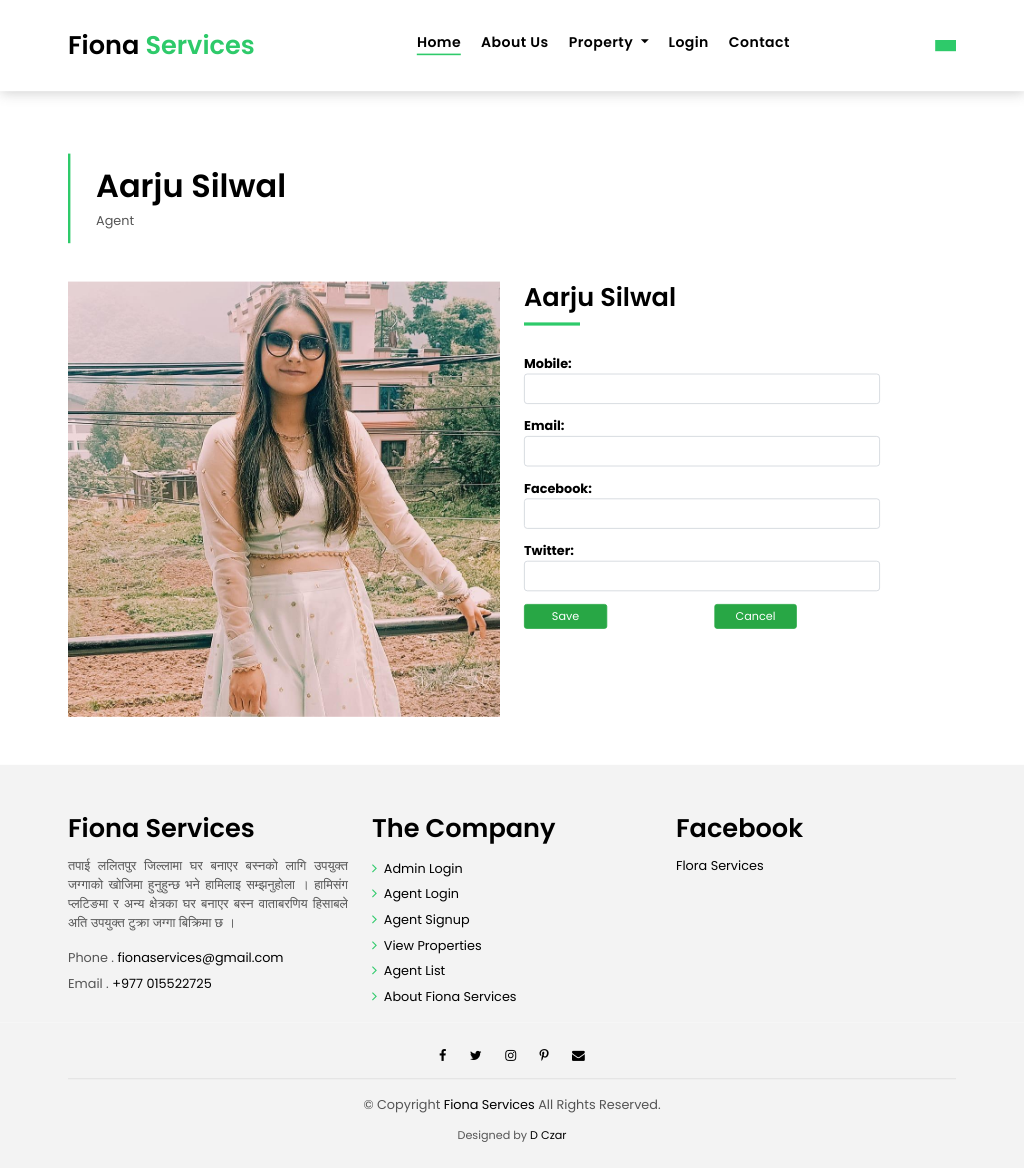
Repository: Sjuicyy/realstate
Page: profile.html
An editor plug-in stored every save of this project. The page is shown before and after a run of saves, followed by the edit.
The browser window is 1280 px wide. The pictures show the whole page, at 80% of full size.

Above is the page before, as saved 2022-10-16 15:03:53.

### profile.html
<!DOCTYPE html>
<html lang="en">

<head>
    <meta charset="utf-8">
    <title>Fiona Services</title>
    <meta content="width=device-width, initial-scale=1.0" name="viewport">
    <meta content="" name="keywords">
    <meta content="" name="description">

    <!-- Favicons -->
    <link href="img/favicon.png" rel="icon">
    <link href="img/apple-touch-icon.png" rel="apple-touch-icon">

    <!-- Google Fonts -->
    <link href="https://fonts.googleapis.com/css?family=Poppins:300,400,500,600,700" rel="stylesheet">

    <!-- Bootstrap CSS File -->
    <link href="lib/bootstrap/css/bootstrap.min.css" rel="stylesheet">

    <!-- Libraries CSS Files -->
    <link href="lib/font-awesome/css/font-awesome.min.css" rel="stylesheet">
    <link href="lib/animate/animate.min.css" rel="stylesheet">
    <link href="lib/ionicons/css/ionicons.min.css" rel="stylesheet">
    <link href="lib/owlcarousel/assets/owl.carousel.min.css" rel="stylesheet">

    <!-- Main Stylesheet File -->
    <link href="css/style.css" rel="stylesheet">

    <!-- =======================================================
    Theme Name: EstateAgency
    Theme URL: https://bootstrapmade.com/real-estate-agency-bootstrap-template/
    Author: BootstrapMade.com
    License: https://bootstrapmade.com/license/
  ======================================================= -->
</head>
<div id="fb-root"></div>
<script async defer crossorigin="anonymous" src="https://connect.facebook.net/en_US/sdk.js#xfbml=1&version=v14.0"
    nonce="0jwGYLXn"></script>

<body>
    <!-- / Form Search End /-->

    <!--/ Nav Star /-->
    <nav class="navbar navbar-default navbar-trans navbar-expand-lg fixed-top">
        <div class="container">
            <button class="navbar-toggler collapsed" type="button" data-toggle="collapse" data-target="#navbarDefault"
                aria-controls="navbarDefault" aria-expanded="false" aria-label="Toggle navigation">
            </button>
            <a class="navbar-brand text-brand" href="/index.php">Fiona<span class="color-b"> Services</span></a>
            <button type="button" class="btn btn-link nav-search navbar-toggle-box-collapse d-md-none"
                data-toggle="collapse" data-target="#navbarTogglerDemo01" aria-expanded="false" title="Agent Space">

            </button>
            <div class="navbar-collapse collapse justify-content-center" id="navbarDefault">
                <ul class="navbar-nav">
                    <li class="nav-item">
                        <a class="nav-link active" href="index.php">Home</a>
                    </li>
                    <li class="nav-item">
                        <a class="nav-link" href="about.php">About Us</a>
                    </li>
                    <li class="nav-item dropdown">
                        <a class="nav-link dropdown-toggle" href="#" id="navbarDropdown" role="button"
                            data-toggle="dropdown" aria-haspopup="true" aria-expanded="false">
                            Property
                        </a>
                        <div class="dropdown-menu" aria-labelledby="navbarDropdown">
                            <a class="dropdown-item" href="property-single.php">Property Single</a>
                            <a class="dropdown-item" href="property-grid.php">Property List</a>
                        </div>
                    </li>
                    <li class="nav-item">
                        <a class="nav-link" href="Login.php">Login</a>
                    </li>
                    <li class="nav-item">
                        <a class="nav-link" href="contact.php">Contact</a>
                    </li>
                </ul>
            </div>
            <button type="button" class="btn btn-b-n navbar-toggle-box-collapse d-none d-md-block"
                data-toggle="collapse" data-target="#navbarTogglerDemo01" aria-expanded="false" title="Agent Space">
            </button>
        </div>
    </nav>
    <!--/ Nav End /-->
    <!-- ======= Intro Single ======= -->
    <section class="intro-single">
        <div class="container">
            <div class="row">
                <div class="col-md-12 col-lg-8">
                    <div class="title-single-box">
                        <h1 class="title-single">Aarju Silwal</h1>
                        <span class="color-text-a">Agent </span>
                    </div>
                </div>

            </div>
        </div>
    </section><!-- End Intro Single -->

    <!-- ======= Agent Single ======= -->
    <!-- <section class="agent-single">
        <div class="container">
            <div class="row">
                <div class="col-sm-12">
                    <div class="row">
                        <div class="col-md-6">
                            <div class="agent-avatar-box">
                                <img src="./img/aarju miss.jpg" alt="" class="agent-avatar img-fluid">
                            </div>
                        </div>
                        <div class="col-md-5 section-md-t3">
                            <div class="agent-info-box">
                                <div class="agent-title">
                                    <div class="title-box-d">
                                        <h3 class="title-d">Aarju Silwal
                                        </h3>
                                    </div>
                                </div>
                                <div class="agent-content mb-3">
                                    <p class="content-d color-text-a">
                                        Lorem ipsum dolor sit amet consectetur adipisicing elit. Labore error
                                        nulla quaerat aliquid, laboriosam aliquam ducimus veritatis eveniet quos
                                        ab modi provident, sed dolor voluptatem tempore est odio impedit eaque!
                                    </p>
                                    <div class="info-agents color-a">
                                        <strong>Mobile: </strong>
                                        <span class="color-text-a"> +977-9867867202 </span>
                                        </p>
                                        <p>
                                            <strong>Email: </strong>
                                            <span class="color-text-a"> aarzusilwal@gmail.com</span>
                                        </p>
                                        <p>
                                            <strong>Facebook: </strong>
                                            <span class="color-text-a"> Margaret.Es</span>
                                        </p>
                                        <p>
                                            <strong>Twitter: </strong>
                                            <span class="color-text-a"> agents@example.com</span>
                                        </p>
                                    </div>
                                </div>
                                <div class="col-md-12">

                                    <div class="socials-a">
                                        <ul class="list-inline">
                                            <li class="list-inline-item">
                                                <a href="#">
                                                    <i class="fa fa-envelope" aria-hidden="true"></i>
                                                </a>
                                            </li>
                                            <li class="list-inline-item">
                                                <a href="#">
                                                    <i class="fa fa-facebook" aria-hidden="true"></i>
                                                </a>
                                            </li>
                                            <li class="list-inline-item">
                                                <a href="#">
                                                    <i class="fa fa-twitter" aria-hidden="true"></i>
                                                </a>
                                            </li>
                                            <li class="list-inline-item">
                                                <a href="#">
                                                    <i class="fa fa-linkedin" aria-hidden="true"></i>
                                                </a>
                                            </li>
                                            <li class="list-inline-item">
                                                <a href="#">
                                                    <i class="fa fa-instagram" aria-hidden="true"></i>
                                                </a>
                                            </li>
                                        </ul>
                                    </div>
                                </div>
                                <div class="col-md-12">
                                    <a href="./Add-Property.html">
                                        <div class="btn btn-sm btn-success w-50">Edit</div>
                                    </a>
                                </div>
                            </div>
                        </div>
                    </div>
                </div>

            </div>

        </div>

    </section> -->

    <!---  ===== End Agent Single ======== -->




    <!-- =======Editable Agent Section start ======== -->
    <section class="agent-single">
        <div class="container">
            <div class="row">
                <div class="col-sm-12">
                    <div class="row">
                        <div class="col-md-6">
                            <div class="agent-avatar-box">
                                <img src="./img/aarju miss.jpg" alt="" class="agent-avatar img-fluid">
                            </div>
                        </div>
                        <div class="col-md-5 section-md-t3">
                            <div class="agent-info-box">
                                <div class="agent-title">
                                    <div class="title-box-d">
                                        <h3 class="title-d">Aarju Silwal
                                        </h3>
                                    </div>
                                </div>
                                <div class="agent-content mb-3">

                                    <div class="info-agents color-a">
                                        <p>
                                            <strong>Mobile: </strong>
                                            <input class="form form-control" type="text">
                                        </p>
                                        <p>
                                            <strong>Email: </strong>
                                            <input class=" form form-control" type="text">
                                        </p>
                                        <p>
                                            <strong>Facebook: </strong>
                                            <input class=" form form-control" type="text">
                                        </p>
                                        <p>
                                            <strong>Twitter: </strong>
                                            <input class=" form form-control" type="text">
                                        </p>
                                    </div>
                                </div>
                                <div class="row">
                                    <div class="col-md-6">
                                        <a href="./Add-Property.html">
                                            <div class="btn btn-sm btn-success w-50">Save</div>
                                        </a>
                                    </div>
                                    <div class="col-md-6">
                                        <a href="./Add-Property.html">
                                            <div class="btn btn-sm btn-success w-50">Cancel</div>
                                        </a>
                                    </div>
                                </div>
                            </div>
                        </div>
                    </div>
                </div>

            </div>

        </div>

    </section>
    <!-- =======Editable Agent Section end ======== -->

    <!--/ footer 1 Star /-->
    <section class="section-footer">
        <div class="container">
            <div class="row">
                <div class="col-sm-12 col-md-4">
                    <div class="widget-a">
                        <div class="w-header-a">
                            <h3 class="w-title-a text-brand">Fiona Services</h3>
                        </div>
                        <div class="w-body-a">
                            <p class="w-text-a color-text-a" align="justify">
                                तपाई ललितपुर जिल्लामा घर बनाएर बस्नको लागि उपयुक्त जग्गाको खोजिमा
                                हुनुहुन्छ भने
                                हामिलाइ सम्झनुहोला ।
                                हामिसंग प्लटिङमा र अन्य क्षेत्रका घर बनाएर बस्न वाताबरणिय हिसाबले अति
                                उपयुक्त
                                टुक्रा जग्गा बिक्रिमा छ
                                ।
                            </p>
                        </div>
                        <div class="w-footer-a">
                            <ul class="list-unstyled">
                                <li class="color-a">
                                    <span class="color-text-a">Phone .</span> fionaservices@gmail.com
                                </li>
                                <li class="color-a">
                                    <span class="color-text-a">Email .</span> +977 015522725
                                </li>
                            </ul>
                        </div>
                    </div>
                </div>
                <div class="col-sm-12 col-md-4 section-md-t3">
                    <div class="widget-a">
                        <div class="w-header-a">
                            <h3 class="w-title-a text-brand">The Company</h3>
                        </div>
                        <div class="w-body-a">
                            <div class="w-body-a">
                                <ul class="list-unstyled">
                                    <li class="item-list-a">
                                        <i class="fa fa-angle-right"></i> <a href="#">Admin Login</a>
                                    </li>
                                    <li class="item-list-a">
                                        <i class="fa fa-angle-right"></i> <a href="#">Agent Login</a>
                                    </li>
                                    <li class="item-list-a">
                                        <i class="fa fa-angle-right"></i> <a href="#">Agent Signup</a>
                                    </li>
                                    <li class="item-list-a">
                                        <i class="fa fa-angle-right"></i> <a href="#">View
                                            Properties</a>
                                    </li>
                                    <li class="item-list-a">
                                        <i class="fa fa-angle-right"></i> <a href="#">Agent List</a>
                                    </li>
                                    <li class="item-list-a">
                                        <i class="fa fa-angle-right"></i> <a href="#">About Fiona
                                            Services</a>
                                    </li>
                                </ul>
                            </div>
                        </div>
                    </div>
                </div>
                <div class="col-sm-12 col-md-4 section-md-t3">
                    <div class="widget-a">
                        <div class="w-header-a">
                            <h3 class="w-title-a text-brand">Facebook</h3>
                        </div>
                        <div class="w-body-a">
                            <div class="fb-page" data-href="https://www.facebook.com/floraservices2070"
                                data-tabs="timeline" data-width="" data-height="110" data-small-header="false"
                                data-adapt-container-width="true" data-hide-cover="false" data-show-facepile="false">
                                <blockquote cite="https://www.facebook.com/floraservices2070"
                                    class="fb-xfbml-parse-ignore"><a
                                        href="https://www.facebook.com/floraservices2070">Flora
                                        Services</a>
                                </blockquote>
                            </div>
                        </div>
                    </div>
                </div>
            </div>
        </div>
    </section>

    <!--/ Footer 2 End /-->


    <!-- footer 2 start -->

    <footer>
        <div class="container">
            <div class="row">
                <div class="col-md-12">

                    <div class="socials-a">
                        <ul class="list-inline">
                            <li class="list-inline-item">
                                <a href="#">
                                    <i class="fa fa-facebook" aria-hidden="true"></i>
                                </a>
                            </li>
                            <li class="list-inline-item">
                                <a href="#">
                                    <i class="fa fa-twitter" aria-hidden="true"></i>
                                </a>
                            </li>
                            <li class="list-inline-item">
                                <a href="#">
                                    <i class="fa fa-instagram" aria-hidden="true"></i>
                                </a>
                            </li>
                            <li class="list-inline-item">
                                <a href="#">
                                    <i class="fa fa-pinterest-p" aria-hidden="true"></i>
                                </a>
                            </li>
                            <li class="list-inline-item">
                                <a href="#">
                                    <i class="fa fa-envelope" aria-hidden="true"></i>
                                </a>
                            </li>
                        </ul>
                    </div>
                    <div class="copyright-footer">
                        <p class="copyright color-text-a">
                            &copy; Copyright
                            <span class="color-a">Fiona Services</span> All Rights Reserved.
                        </p>
                    </div>
                    <div class="credits">

                        Designed by <a href="https://pritambajagain.com.np/">D Czar</a>
                    </div>
                </div>
            </div>
        </div>
    </footer>
    <!--/ Footer 2 End /-->

    <a href="#" class="back-to-top"><i class="fa fa-chevron-up"></i></a>
    <div id="preloader"></div>

    <!-- JavaScript Libraries -->
    <script>
        function readURL(input) {
            if (input.files && input.files[0]) {
                var reader = new FileReader();

                reader.onload = function (e) {
                    $('#blah')
                        .attr('src', e.target.result);
                };

                reader.readAsDataURL(input.files[0]);
            }
        }
    </script>
    <script src="lib/jquery/jquery.min.js"></script>
    <script src="lib/jquery/jquery-migrate.min.js"></script>
    <script src="lib/popper/popper.min.js"></script>
    <script src="lib/bootstrap/js/bootstrap.min.js"></script>
    <script src="lib/easing/easing.min.js"></script>
    <script src="lib/owlcarousel/owl.carousel.min.js"></script>
    <script src="lib/scrollreveal/scrollreveal.min.js"></script>
    <!-- Contact Form JavaScript File -->
    <script src="contactform/contactform.js"></script>

    <!-- Template Main Javascript File -->
    <script src="js/main.js"></script>

</body>

</html>

Loaded but not shown: lib/bootstrap/css/bootstrap.min.css (library); lib/font-awesome/css/font-awesome.min.css (library); lib/animate/animate.min.css (library); lib/ionicons/css/ionicons.min.css (library); lib/owlcarousel/assets/owl.carousel.min.css (library); lib/jquery/jquery.min.js (library); lib/jquery/jquery-migrate.min.js (library); lib/popper/popper.min.js (library); lib/bootstrap/js/bootstrap.min.js (library); lib/easing/easing.min.js (common file); lib/owlcarousel/owl.carousel.min.js (library); lib/scrollreveal/scrollreveal.min.js (library); js/main.js (150 lines, source omitted); contactform/contactform.js (118 lines, source omitted); css/style.css (2025 lines, source omitted)

After the next 6 saves:
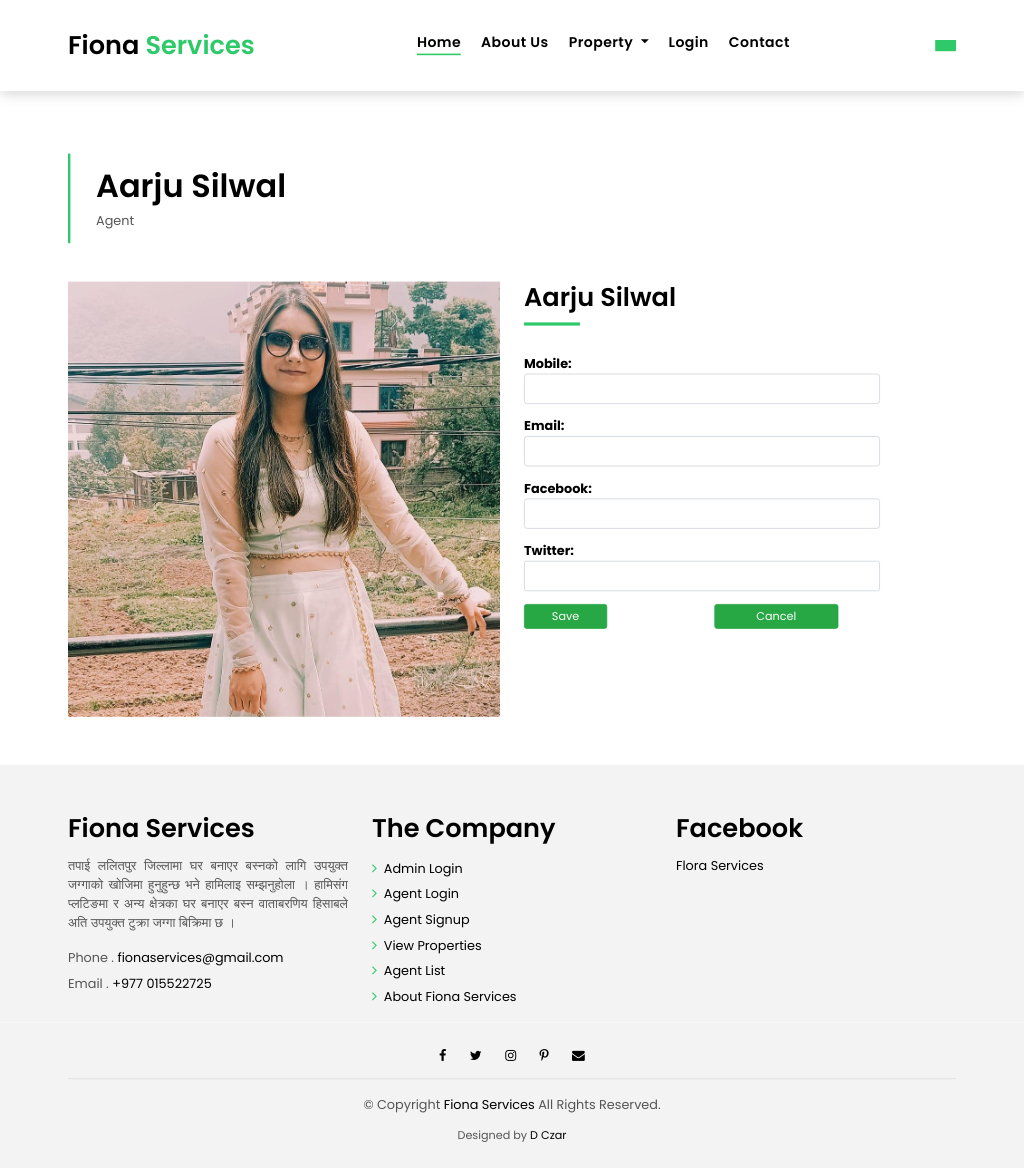
The 6 saves are shown as one change because they came seconds apart.
The last was saved 19 s later.
--- a/profile.html
+++ b/profile.html
@@ -243,7 +243,7 @@
                                     </div>
                                     <div class="col-md-6">
                                         <a href="./Add-Property.html">
-                                            <div class="btn btn-sm btn-success w-50">Cancel</div>
+                                            <div class="btn btn-sm w-75 btn-success w-50">Cancel</div>
                                         </a>
                                     </div>
                                 </div>
